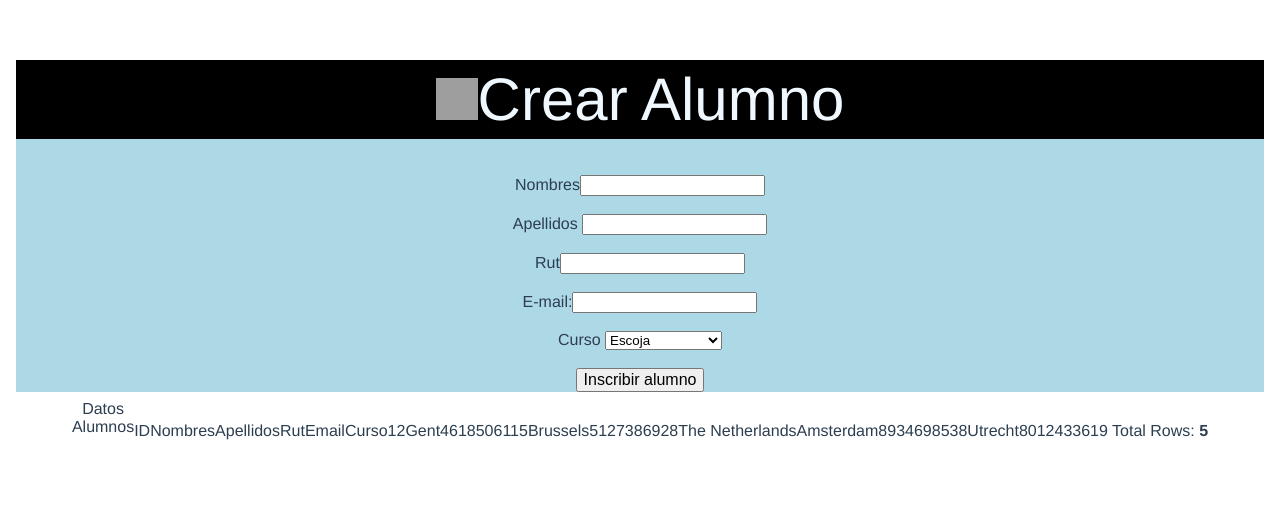
Repository: franciscamanquecheo/Tarea6ET
Page: / (app in my-project/)
The author's editor kept a copy of each file at every save. The page is drawn from the files as they stood at one save, then again after the next save.
The browser window is 1280 px wide. The pictures show the whole page.
Pictures or frames that could not be fetched are drawn as grey boxes. The project was rebuilt for these pictures with package versions that can differ from the ones it lists, and the page was loaded fresh each time. Also part of the build but not shown: my-project/vue.config.js.

Above is the page before, as saved 2022-06-19 23:18:17.

After the next save:
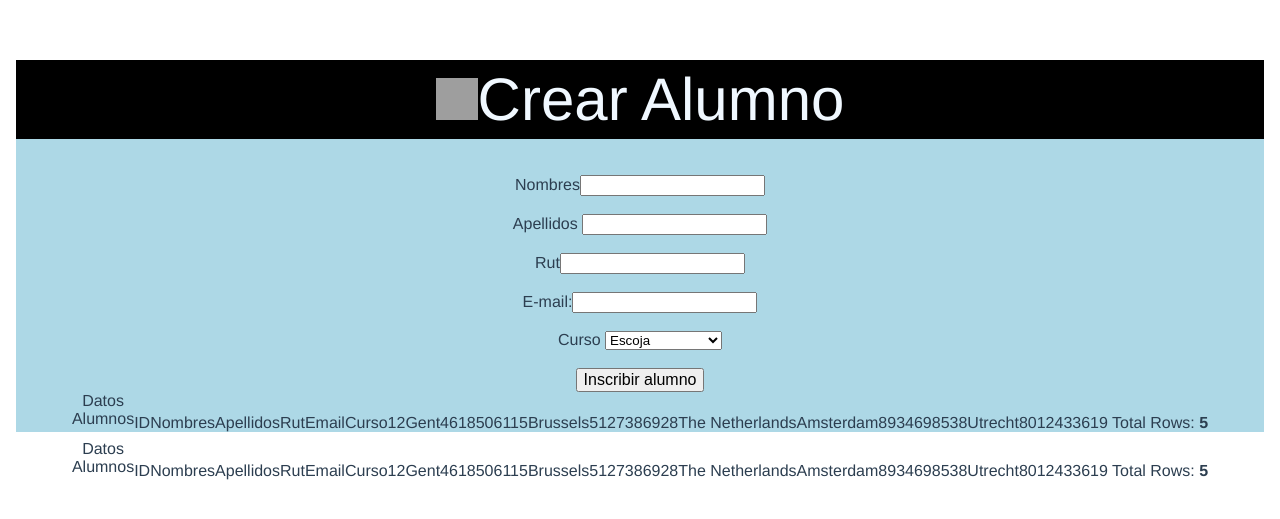
Saved 87 s later.
--- a/my-project/src/components/HelloWorld.vue
+++ b/my-project/src/components/HelloWorld.vue
@@ -40,6 +40,79 @@
           <button type="submit" class="btn btn-primary">Inscribir alumno</button>
 
       </form>
+      <b-table-simple hover small caption-top responsive>
+  <caption>
+   Datos Alumnos
+  </caption>
+  <colgroup>
+    <col />
+    <col />
+  </colgroup>
+  <colgroup>
+    <col />
+    <col />
+    <col />
+  </colgroup>
+  <colgroup>
+    <col />
+    <col />
+  </colgroup>
+  <b-thead head-variant="dark">
+
+    <b-tr>
+      <b-th>ID</b-th>
+      <b-th>Nombres</b-th>
+      <b-th>Apellidos</b-th>
+      <b-th>Rut</b-th>
+      <b-th>Email</b-th>
+      <b-th>Curso</b-th>
+
+    </b-tr>
+  </b-thead>
+  <b-tbody>
+    <b-tr>
+      <b-th rowspan="3">1</b-th>
+      <b-th class="text-right">2</b-th>
+      <b-th class="text-right">Gent</b-th>
+      <b-td>46</b-td>
+      <b-td variant="warning">18</b-td>
+      <b-td>50</b-td>
+      <b-td>61</b-td>
+      <b-td variant="danger">15</b-td>
+    </b-tr>
+    <b-tr>
+      <b-th class="text-right">Brussels</b-th>
+      <b-td>51</b-td>
+      <b-td>27</b-td>
+      <b-td>38</b-td>
+      <b-td>69</b-td>
+      <b-td>28</b-td>
+    </b-tr>
+    <b-tr>
+      <b-th rowspan="2">The Netherlands</b-th>
+      <b-th class="text-right">Amsterdam</b-th>
+      <b-td variant="success">89</b-td>
+      <b-td>34</b-td>
+      <b-td>69</b-td>
+      <b-td>85</b-td>
+      <b-td>38</b-td>
+    </b-tr>
+    <b-tr>
+      <b-th class="text-right">Utrecht</b-th>
+      <b-td>80</b-td>
+      <b-td variant="danger">12</b-td>
+      <b-td>43</b-td>
+      <b-td>36</b-td>
+      <b-td variant="warning">19</b-td>
+    </b-tr>
+  </b-tbody>
+  <b-tfoot>
+    <b-tr>
+      <b-td colspan="7" variant="secondary" class="text-right"> Total Rows: <b>5</b> </b-td>
+    </b-tr>
+  </b-tfoot>
+</b-table-simple>
+
   </body>
 </template>
 
